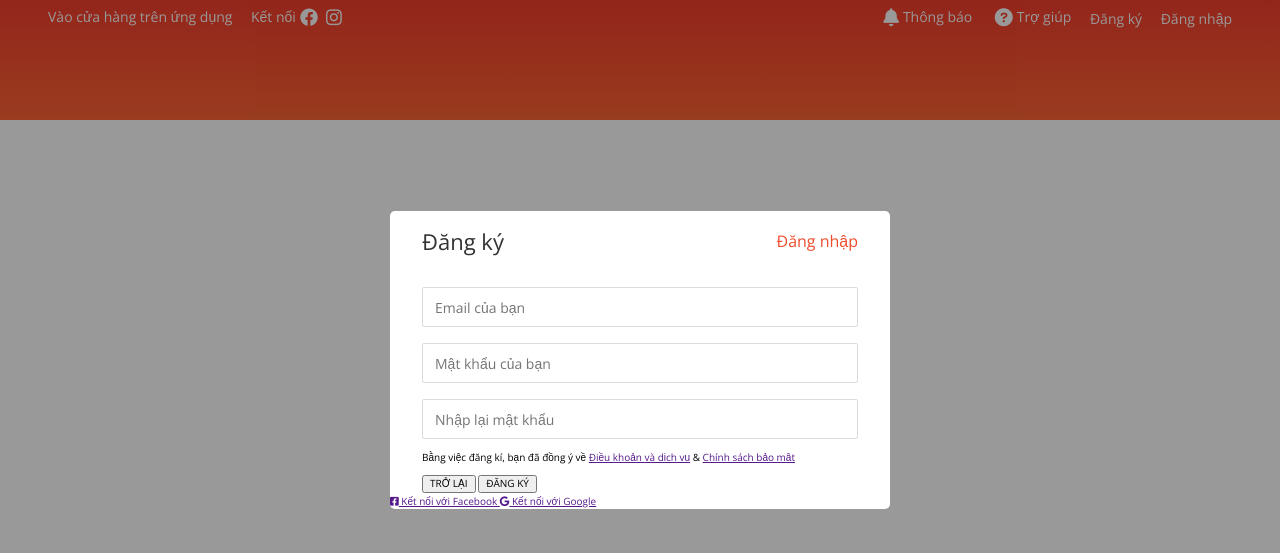
Repository: trongtamdev/Clone-Shopee-Page
Page: index.html
These files come from the project's save history. The page is drawn as it stood at one moment and after the next save; the edit follows.
The browser window is 1280 px wide. The pictures show the whole page.

Above is the page before, as saved 2022-07-08 21:34:20.

After the next save:
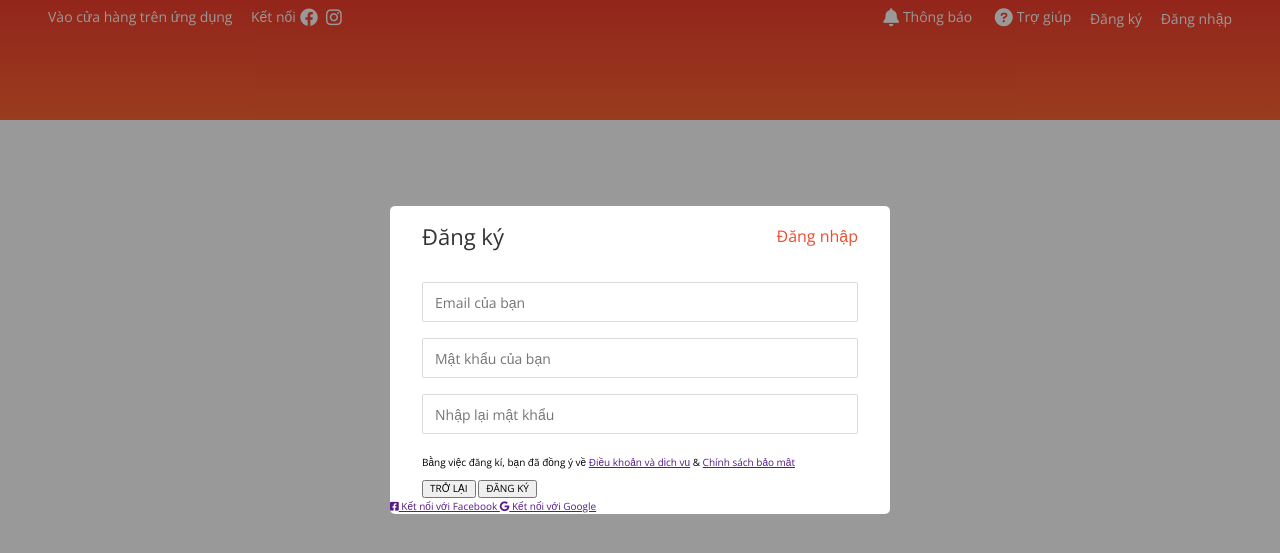
Saved 70 s later.
--- a/assets/css/main.css
+++ b/assets/css/main.css
@@ -161,3 +161,7 @@
 .auth-form__input:focus {
     border-color: #777;
 }
+
+.auth-form__aside {
+    margin-top: 20px;
+}
